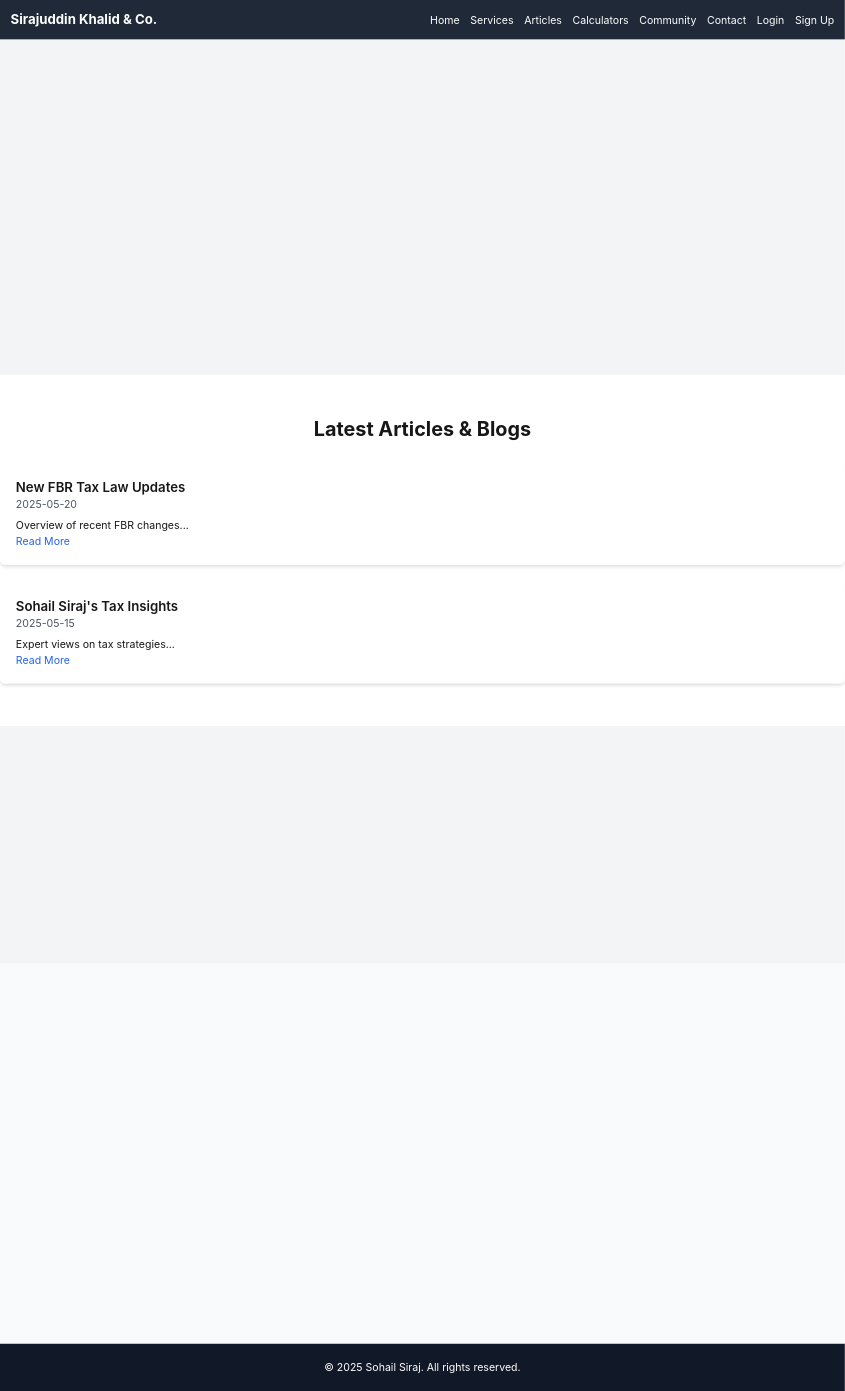
Repository: asadhaye/ss-tax
Page: /
These files come from the project's save history. The page is drawn as it stood at one moment and after the next save; the edit follows.
The browser window is 1280 px wide. The pictures show the whole page, at 66% of full size.
The project was rebuilt for these pictures with package versions that can differ from the ones it lists, and the page was loaded fresh each time. The framework's server and built-in components were replaced by stand-ins that run in the browser. Also part of the build but not shown: next.config.mjs.

Above is the page before, as saved 2025-05-26 04:46:42.

After the next save:
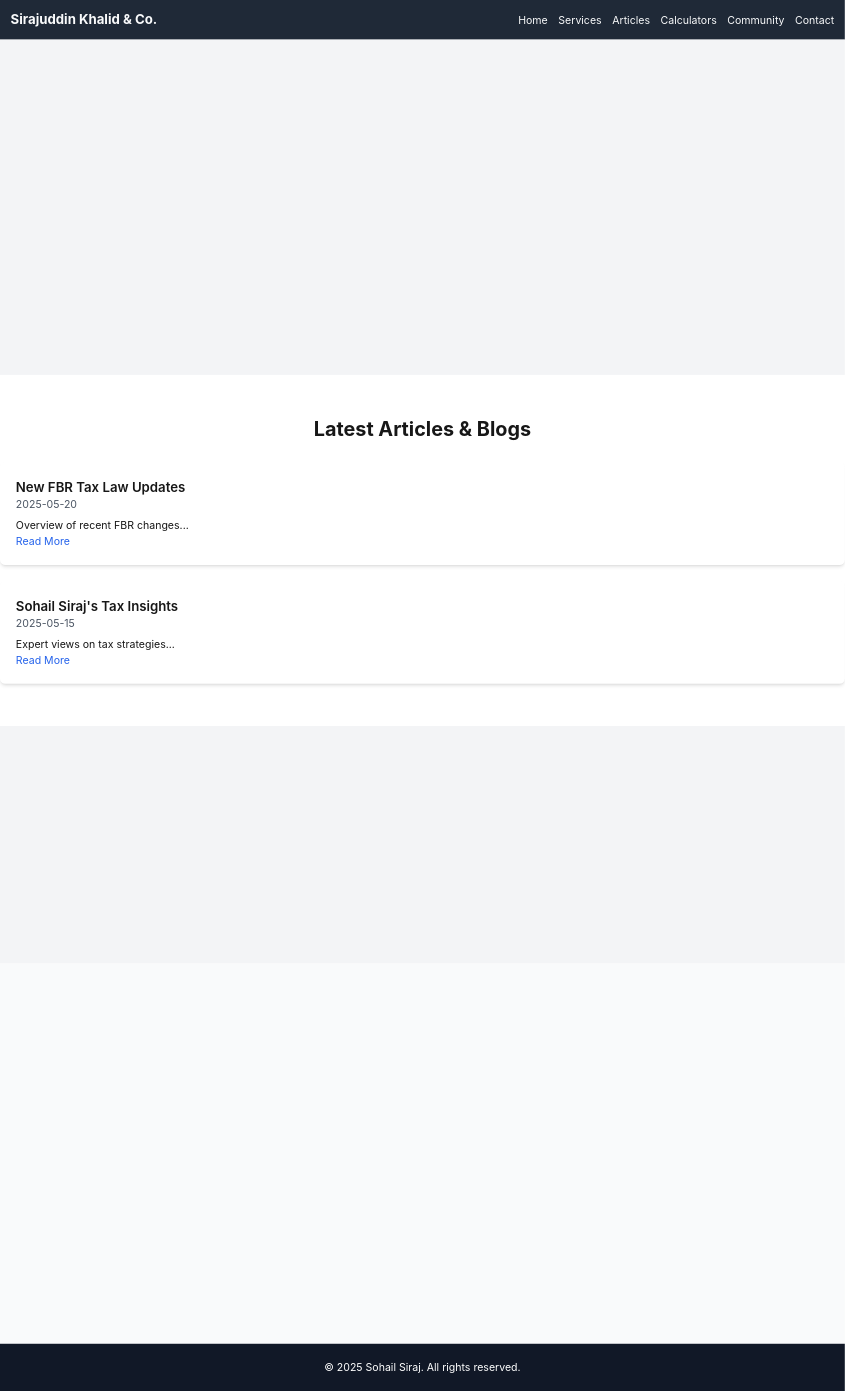
Saved 51 s later.
--- a/app/components/Navbar.tsx
+++ b/app/components/Navbar.tsx
@@ -26,7 +26,7 @@ export default function Navbar() {
   };
 
   return (
-    <nav className="bg-gray-800 text-white p-4">
+    <nav className="bg-background-dark text-text-light p-4 print:bg-background print:text-text-primary">
       <div className="container mx-auto flex justify-between items-center">
         <h1 className="text-xl font-bold">Sirajuddin Khalid & Co.</h1>
         <div className="space-x-4">
@@ -34,30 +34,27 @@ export default function Navbar() {
             <Link
               key={item.name}
               href={item.href}
-              className="hover:text-gray-300 transition-colors duration-200"
+              className="hover:text-primary-light transition-colors duration-200"
             >
               {item.name}
             </Link>
           ))}
           {user ? (
             <>
-              <Link href="/admin" className="hover:text-gray-300">
+              <Link
+                href="/admin"
+                className="hover:text-primary-light transition-colors duration-200"
+              >
                 Admin
               </Link>
-              <button onClick={handleLogout} className="hover:text-gray-300">
+              <button
+                onClick={handleLogout}
+                className="hover:text-primary-light transition-colors duration-200"
+              >
                 Logout
               </button>
             </>
-          ) : (
-            <>
-              <Link href="/login" className="hover:text-gray-300">
-                Login
-              </Link>
-              <Link href="/signup" className="hover:text-gray-300">
-                Sign Up
-              </Link>
-            </>
-          )}
+          ) : null}
         </div>
       </div>
     </nav>
